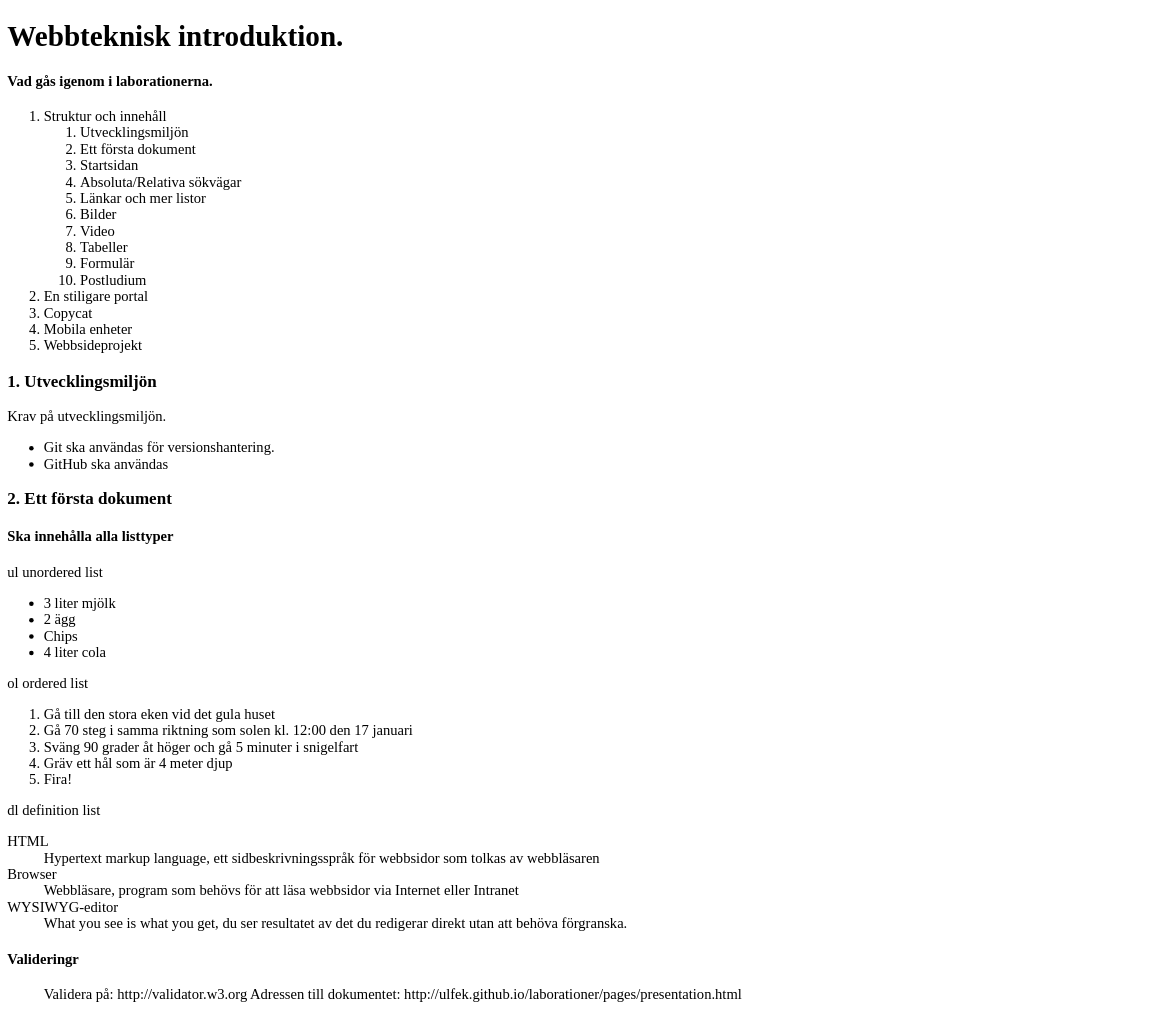
Repository: ulfek/laborationer
Page: pages/presentation.html
The author's editor kept a record of every edit. The page is drawn from the files as they stood at one moment, then again after the next edit.
The browser window is 1280 px wide. The pictures show the whole page, at 91% of full size.

Above is the page before.

After the next edit:
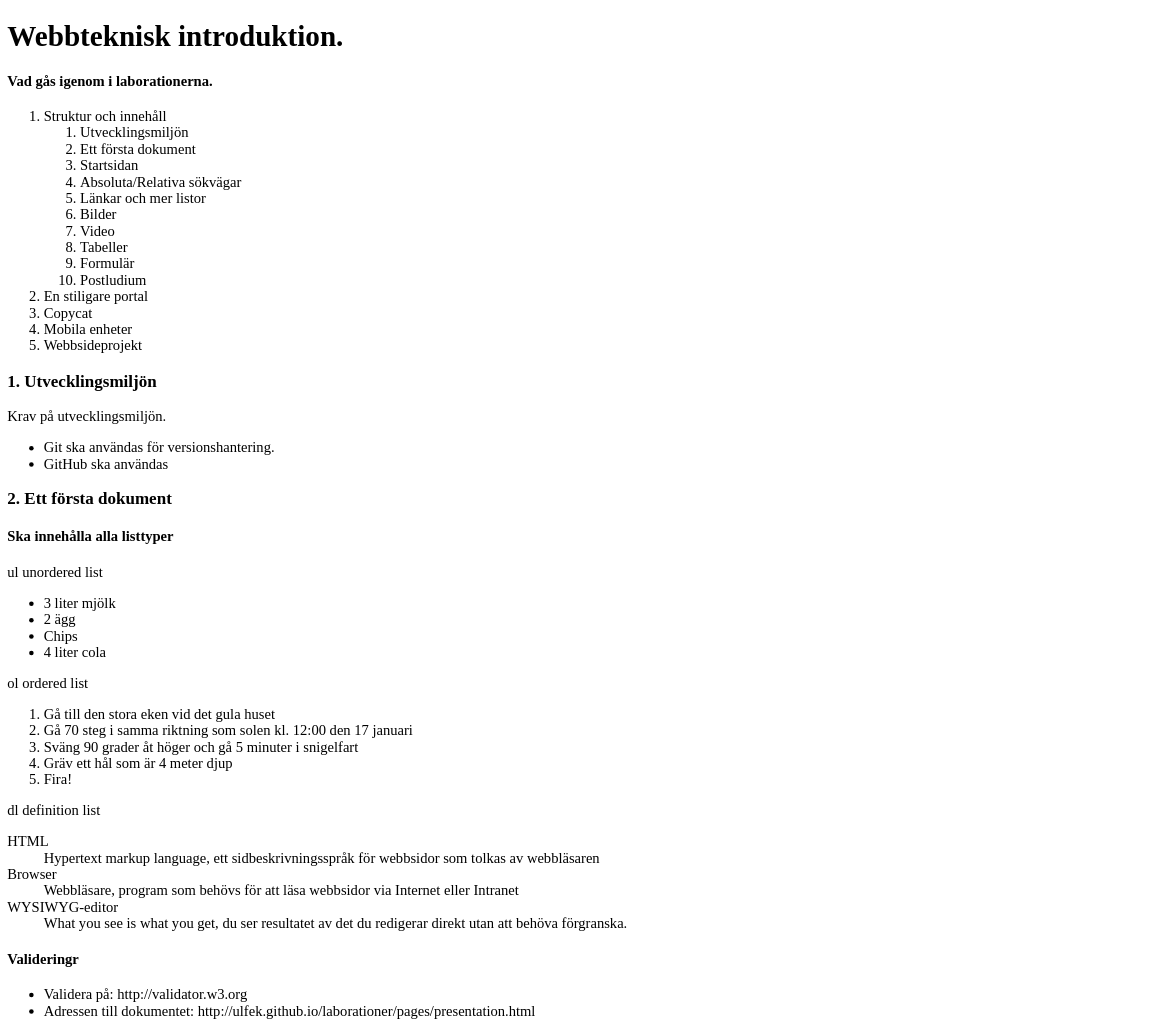
The edit:
--- a/pages/presentation.html
+++ b/pages/presentation.html
@@ -63,8 +63,8 @@
                 </dl>
         <h4>Valideringr</h4>
         <ul>
-        Validera på: http://validator.w3.org
-        Adressen till dokumentet: http://ulfek.github.io/laborationer/pages/presentation.html
+        <li>Validera på: http://validator.w3.org</li>
+        <li>Adressen till dokumentet: http://ulfek.github.io/laborationer/pages/presentation.html</li>
         </ul>
 </body>
 
